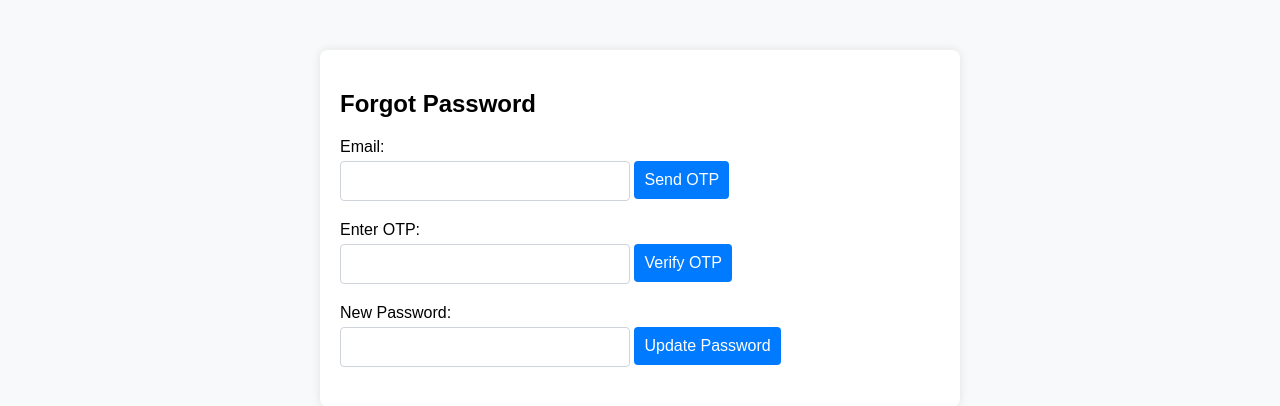
Repository: thatipallyvinod/AdvanceJava
Page: Gaming Project/src/main/webapp/psw.html
These files come from the project's save history. The page is drawn as it stood at one moment and after the next save; the edit follows.
The browser window is 1280 px wide. The pictures show the whole page.

Above is the page before, as saved 2024-03-18 17:36:08.

After the next save:
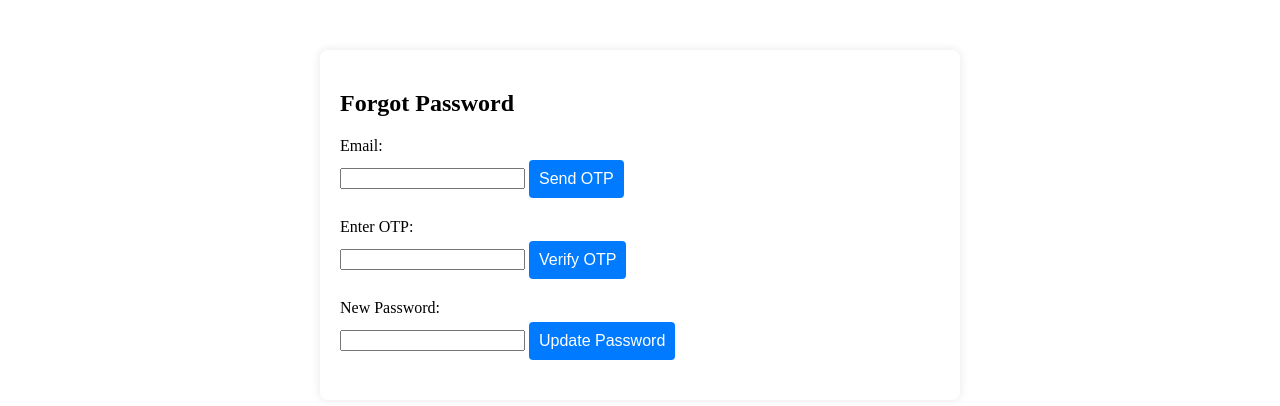
Saved 36 s later.
--- a/Gaming Project/src/main/webapp/psw.html
+++ b/Gaming Project/src/main/webapp/psw.html
@@ -5,10 +5,6 @@
     <meta name="viewport" content="width=device-width, initial-scale=1.0">
     <title>Forgot Password</title>
     <style>
-        body {
-            font-family: Arial, sans-serif;
-            background-color: #f8f9fa;
-        }
         .container {
             max-width: 600px;
             margin: auto;
@@ -21,21 +17,14 @@
         .form-group {
             margin-bottom: 20px;
         }
-        .form-group label {
+        label {
             display: block;
             margin-bottom: 5px;
         }
-        .form-control {
-            width: calc(50% - 10px);
-            padding: 10px;
-            font-size: 16px;
-            border-radius: 4px;
-            border: 1px solid #ced4da;
-            display: inline-block;
-            box-sizing: border-box;
-            vertical-align: top;
+        input, button {
+            vertical-align: middle;
         }
-        .btn-primary {
+        button {
             padding: 10px;
             font-size: 16px;
             color: #fff;
@@ -43,27 +32,21 @@
             border: none;
             border-radius: 4px;
             cursor: pointer;
-            display: inline-block;
-            vertical-align: top;
-            text-decoration: none; /* Remove underline */
-        }
-        .btn-primary:hover {
-            background-color: #0056b3;
         }
         .alert {
             padding: 10px;
             margin-bottom: 20px;
             border-radius: 4px;
         }
+        .alert-danger {
+            background-color: #f8d7da;
+            border-color: #f5c6cb;
+            color: #721c24;
+        }
         .alert-success {
             background-color: #d4edda;
             border-color: #c3e6cb;
             color: #155724;
-        }
-        .alert-danger {
-            background-color: #f8d7da;
-            border-color: #f5c6cb;
-            color: #721c24;
         }
     </style>
 </head>
@@ -73,21 +56,21 @@
         <form id="forgot-password-form">
             <div class="form-group">
                 <label for="email">Email:</label>
-                <input type="email" class="form-control" id="email" required>
-                <a href="sendOtp.php" class="btn btn-primary" onclick="sendOTP(event)">Send OTP</a>
+                <input type="email" id="email" required>
+                <button type="button" onclick="sendOTP()">Send OTP</button>
             </div>
             <div class="form-group">
                 <label for="otp">Enter OTP:</label>
-                <input type="text" class="form-control" id="otp" required>
-                <button type="button" class="btn btn-primary" onclick="verifyOTP()">Verify OTP</button>
+                <input type="text" id="otp" required>
+                <button type="button" onclick="verifyOTP()">Verify OTP</button>
             </div>
             <div class="form-group">
                 <label for="new-password">New Password:</label>
-                <input type="password" class="form-control" id="new-password" required>
-                <button type="button" class="btn btn-primary" onclick="updatePassword()">Update Password</button>
+                <input type="password" id="new-password" required>
+                <button type="button" onclick="updatePassword()">Update Password</button>
             </div>
         </form>
-        <div id="message" class="alert" style="display: none;"></div>
+        <div id="message"></div>
     </div>
 
     <script>
@@ -97,9 +80,25 @@
                 showMessage('Please enter your email.', 'danger');
                 return;
             }
-            // Implement logic to send OTP to the user's email address
-            // For demonstration purposes, let's assume the OTP is sent successfully
-            showMessage('OTP sent to your email.', 'success');
+
+            // Send a POST request to the server to send OTP
+            fetch('/sendOTP', {
+                method: 'POST',
+                headers: {
+                    'Content-Type': 'application/json'
+                },
+                body: JSON.stringify({ email: email })
+            })
+            .then(response => {
+                if (response.ok) {
+                    showMessage('OTP sent to your email.', 'success');
+                } else {
+                    showMessage('Failed to send OTP. Please try again later.', 'danger');
+                }
+            })
+            .catch(error => {
+                showMessage('Failed to send OTP. Please try again later.', 'danger');
+            });
         }
 
         function verifyOTP() {
@@ -109,7 +108,6 @@
                 return;
             }
             // Implement logic to verify the entered OTP
-            // For demonstration purposes, let's assume the OTP is verified successfully
             showMessage('OTP verified successfully.', 'success');
         }
 
@@ -120,15 +118,12 @@
                 return;
             }
             // Implement logic to update the user's password
-            // For demonstration purposes, let's assume the password is updated successfully
             showMessage('Password updated successfully.', 'success');
         }
 
         function showMessage(message, type) {
             var messageElement = document.getElementById('message');
-            messageElement.textContent = message;
-            messageElement.className = 'alert alert-' + type;
-            messageElement.style.display = 'block';
+            messageElement.innerHTML = `<div class="alert alert-${type}">${message}</div>`;
         }
     </script>
 </body>
